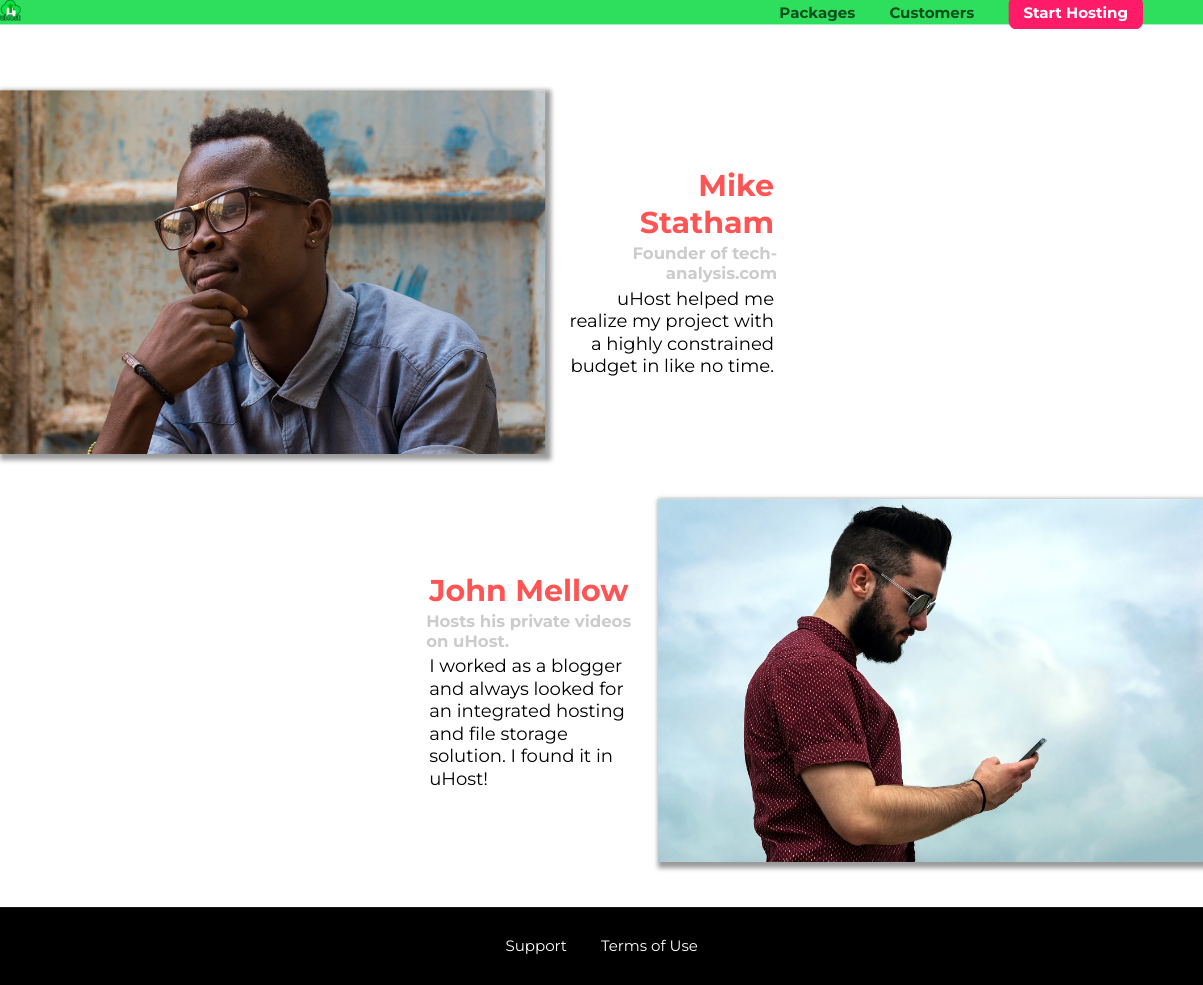
Repository: Nowacki97PL/UdemyCSS
Page: customers/index.html
These files come from the project's save history. The page is drawn as it stood at one moment and after a run of saves; the edit follows.
The browser window is 1280 px wide. The pictures show the whole page, at 94% of full size.

Above is the page before, as saved 2023-11-19 12:35:46.

### customers/index.html
<!DOCTYPE html>
<html lang="en">

<head>
    <meta charset="UTF-8">
    <meta name="viewport" content="width=device-width, initial-scale=1.0">
    <meta http-equiv="X-UA-Compatible" content="ie=edge">
    <title>uHost Customers</title>
    <link rel="shortcut icon" href="../images/favicon.png">
    <link href="https://fonts.googleapis.com/css?family=Anton|Montserrat:400,700" rel="stylesheet">
    <link rel="stylesheet" href="customers.css">
    <link rel="stylesheet" href="../shared.css">
    <link rel="stylesheet" href="../main.css">
</head>

<body>
    <div class="backdrop"></div>
    <header class="main-header">
        <div>
            <a href="../index.html" class="main-header__brand">
                <img src="../images/uhost-icon.png" alt="logo">
            </a>
        </div>
        <nav class="main-nav">
            <ul class="main-nav__items">
                <li class="main-nav__item">
                    <a href="../packages/index.html">Packages</a>
                </li>
                <li class="main-nav__item">
                    <a href="../customers/index.html">Customers</a>
                </li>
                <li class="main-nav__item main-nav__item--cta">
                    <a href="start-hosting/index.html">Start Hosting</a>
                </li>
            </ul>
        </nav>
    </header>

    <main>
        <div>
            <div class="testimonial" id="customer-1">
                <div class="testimonial__image-container">
                    <img src="../images/customer-1.jpg" alt="Mike Statham - Customer" class="testimonial__image">
                </div>
                <div class="testimonial__info">
                    <h1 class="testimonial__name">Mike Statham</h1>
                    <h2 class="testimonial__subtitle">Founder of
                        <a href="tech-analysis.com">tech-analysis.com</a>
                    </h2>
                    <p class="testimonial__text">uHost helped me realize my project with a highly constrained budget in like no time.</p>
                </div>
            </div>
            <div class="testimonial" id="customer-2">

                <div class="testimonial__info">
                    <h1 class="testimonial__name">John Mellow</h1>
                    <h2 class="testimonial__subtitle">Hosts his private videos on uHost.
                    </h2>
                    <p class="testimonial__text">I worked as a blogger and always looked for an integrated hosting and file storage solution. I found
                        it in uHost!
                    </p>
                </div>
                <div class="testimonial__image-container">
                    <img src="../images/customer-2.jpg" alt="John Mellow - Customer" class="testimonial__image">
                </div>
            </div>
        </div>
    </main>
    <footer class="main-footer">
        <nav>
            <ul class="main-footer__links">
                <li class="main-footer__link">
                    <a href="#">Support</a>
                </li>
                <li class="main-footer__link">
                    <a href="#">Terms of Use</a>
                </li>
            </ul>
        </nav>
    </footer>
</body>

</html>

### customers/customers.css
.testimonial {
    font-size: 1.2rem;
    margin: 3rem 0;
  }

  .testimonial__list {
    width: 80%;
    margin: auto;
  }

  .testimonial:first-of-type {
    margin-top: 6rem ;
  }

  .testimonial__image-container {
    width: 65%;
    max-width: 580px;
    display: inline-block;
    vertical-align: middle;
    box-shadow: 3px 3px 5px 3px rgba(0, 0,  0, 0.4);
  }

  .testimonial__image {
    width: 100%;
    vertical-align: top;
  }

  .testimonial__info {
    text-align: right;
    padding: 0.9rem;
    display: inline-block;
    vertical-align: middle;
    width: 20%;
  }

  #customer-2.testimonial {
    text-align: right;
  }

  #customer-2 .testimonial__info {
    text-align: left;
  }

  .testimonial__name {
    margin: 0.2rem;
    color: #ff5454;
    font-size: 2rem;
  }

  .testimonial__subtitle {
    margin: 0;
    font-size: 1.1rem;
    color: #ccc;
  }

  .testimonial__subtitle a {
    color: inherit;
    text-decoration: none;
  }

  .testimonial__subtitle a:hover,
  .testimonial__subtitle a:active {
    color: #7a7a7a;
  }

  .testimonial__text {
    margin: 0.2rem;
  }

### shared.css
* {
    box-sizing: border-box;
}

body {
    font-family: 'Montserrat', sans-serif;
    margin: 0;
}

.backdrop {
    position: fixed;
    top: 0;
    left: 0;
    display: none;
    z-index: 100;
    width: 100%;
    height: 100%;
    background: rgba(0, 0, 0, 0.5);
}

.main-header {
    width: 100%;
    position: fixed;
    top: 0;
    left: 0;
    background: #2ddf5c;
    padding: 0,5rem 1rem;
    z-index: 1;
}

.main-header > div {
    display: inline-block;
    vertical-align: middle;
}

.main-header__brand {
    color: #0e4f1f;
    text-decoration: none;
    font-weight: bold;
    font-size: 1.4rem;
    display: inline-block;
    height: 1.4rem;
}

.main-header__brand img {
    height: 1.4rem;
}

.main-nav {
    display: inline-block;
    text-align: right;
    width: calc(100% - 74px);
    vertical-align: middle;
}

.main-nav__items {
    margin: 0;
    padding: 0;
    list-style: none;
}

.main-nav__item {
    display: inline-block;
    margin: 0 1rem;
}

.main-nav__item a {
    text-decoration: none;
    color: #0e4f1f;
    font-weight: bold;
    padding: 0.2rem 0;
}

.main-nav__item a:hover,
.main-nav__item a:active {
    color: white;
    border-bottom: 5px solid white;
}

.main-nav__item--cta a {
    color: white;
    background: #ff1b68;
    padding:  0.5rem 1rem;
    border-radius: 8px;
}

.main-nav__item--cta a:hover,
.main-nav__item--cta a:active {
    color: #ff1b68;
    background: white;
    border: none;
}

.main-footer {
    background: black;
    padding: 2rem;
    margin-top: 3rem;
}

.main-footer__links {
    list-style: none;
    margin: 0;
    padding: 0;
    text-align: center;
}

.main-footer__link {
    display: inline-block;
    margin: 0 1rem;
}

.main-footer__link a {
    color: white;
    text-decoration: none;
}

.main-footer__link a:hover,
.main-footer__link a:active {
    color: #ccc;
}

.button {
    background: #0e4f1f;
    color: white;
    font: inherit;
    border: 1.5px solid #0e4f1f;
    padding: 0.5rem;
    border-radius: 8px;
    font-weight: bold;
    cursor: pointer;
}

.button:hover,
.button:active {
    background: white;
    color: #0e4f1f;
}

.button:focus {
    outline: none;
}

### main.css
#product-overview {
  background: linear-gradient(to top, rgba(80, 68, 18, 0.6) 10%, transparent),
    url("images/freedom.jpg") left 10% bottom 20%/cover no-repeat border-box,
    #ff1b68;
  width: 100%;
  height: 528px;
  margin-top: 2.75rem;
  position: relative;
}

.section-title {
  color: #2ddf5c;
  text-align: center;
}

#product-overview h1 {
  color: white;
  font-family: "Anton", sans-serif;
  position: absolute;
  bottom: 5%;
  left: 3%;
}

.plan__list {
  width: 80%;
  margin: auto;
  text-align: center;
}

.plan {
  background: #d5ffdc;
  text-align: center;
  padding: 1rem;
  margin: 0.5rem;
  display: inline-block;
  width: 30%;
  vertical-align: middle;
}

.plan--highlighted {
  background: #19b84c;
  color: white;
  box-shadow: 2px 2px 2px 2px rgba(0, 0, 0, 0.5);
}

.plan__annotation {
  background: white;
  color: #19b84c;
  padding: 0.5rem;
  box-shadow: 2px 2px 2px 2px rgba(0, 0, 0, 0.5);
  border-radius: 8px;
}

.plan__title {
  color: #0e4f1f;
}

.plan__price {
  color: #858585;
}

.plan--highlighted .plan__title {
  color: white;
}

.plan--highlighted .plan__price {
  color: #0e4f1f;
}

.plan__features {
  list-style: none;
  margin: 0;
  padding: 0;
}

.plan__feature {
  margin: 0.5rem 0;
}

#key-features {
  background: #ff1b68;
  margin-top: 5rem;
  padding: 1rem;
}

#key-features .section-title {
  color: white;
  margin: 2rem;
}

.key-feature__list {
  list-style: none;
  margin: 0;
  padding: 0;
  text-align: center;
}

.key-feature {
  display: inline-block;
  width: 30%;
  vertical-align: top;
}

.key-feature__image {
  background: #ffcede;
  width: 128px;
  height: 128px;
  border: 2px solid #424242;
  border-radius: 50%;
  margin: auto;
  padding: 1.5rem;
}

.key-feature__description {
  text-align: center;
  font-weight: bold;
  color: white;
  font-size: 1.2rem;
}

After the next 2 saves:
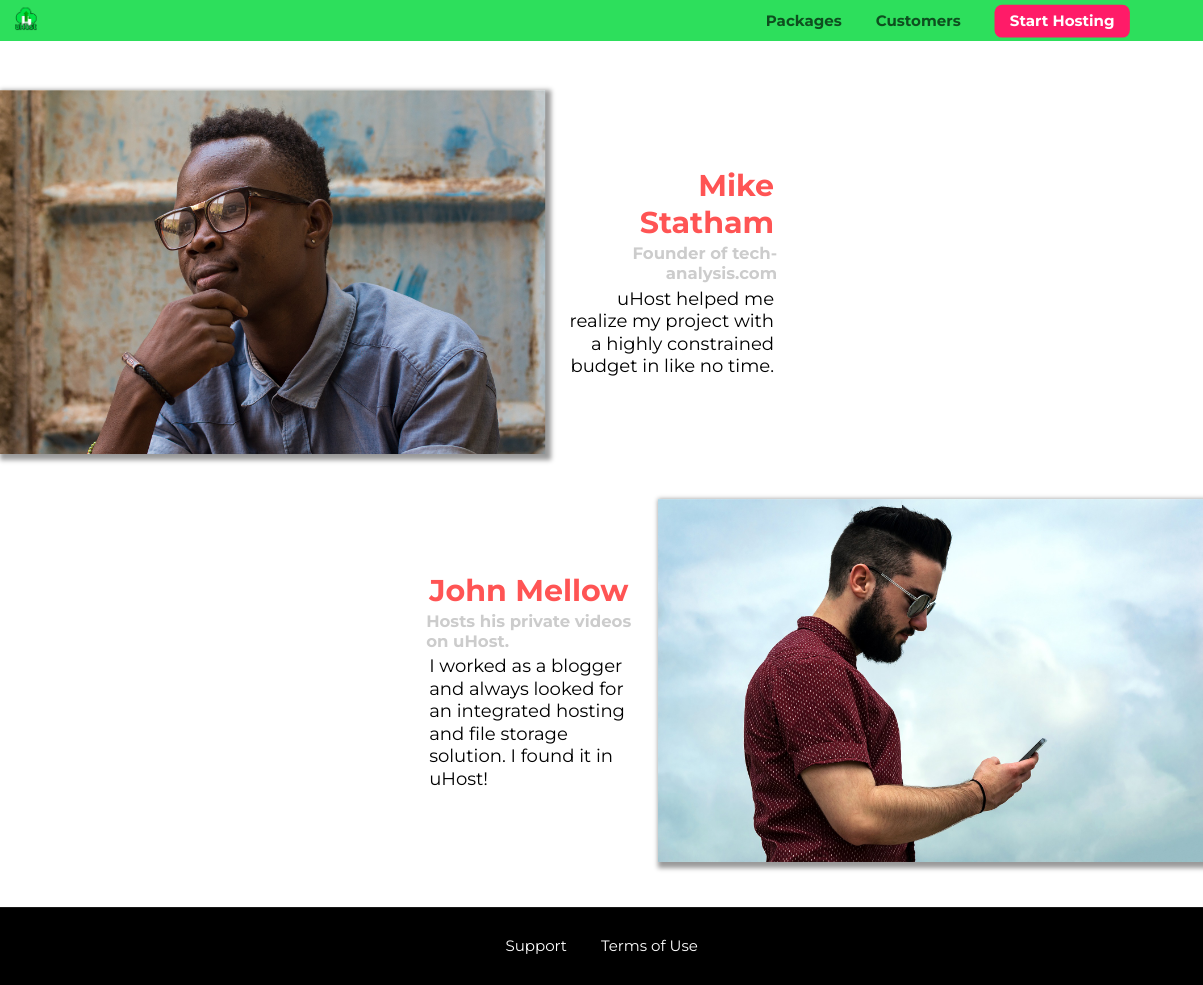
The 2 saves are shown as one change because they came seconds apart.
The last was saved 8 min 52 s later.
--- a/shared.css
+++ b/shared.css
@@ -9,13 +9,13 @@ body {
 
 .backdrop {
     position: fixed;
+    display: none;
     top: 0;
     left: 0;
-    display: none;
     z-index: 100;
-    width: 100%;
+    width: vw;
     height: 100%;
-    background: rgba(0, 0, 0, 0.5);
+    background: rgba(0,0,0,0.5);
 }
 
 .main-header {
@@ -24,7 +24,7 @@ body {
     top: 0;
     left: 0;
     background: #2ddf5c;
-    padding: 0,5rem 1rem;
+    padding: 0.5rem 1rem;
     z-index: 1;
 }
 
@@ -37,13 +37,15 @@ body {
     color: #0e4f1f;
     text-decoration: none;
     font-weight: bold;
-    font-size: 1.4rem;
+    font-size: 1.5rem;
+    height: 1.5rem;
+    /* width: 20px; */
     display: inline-block;
-    height: 1.4rem;
 }
 
 .main-header__brand img {
-    height: 1.4rem;
+    height: 100%;
+    /* width: 100%; */
 }
 
 .main-nav {
@@ -80,7 +82,7 @@ body {
 .main-nav__item--cta a {
     color: white;
     background: #ff1b68;
-    padding:  0.5rem 1rem;
+    padding: 0.5rem 1rem;
     border-radius: 8px;
 }
 
